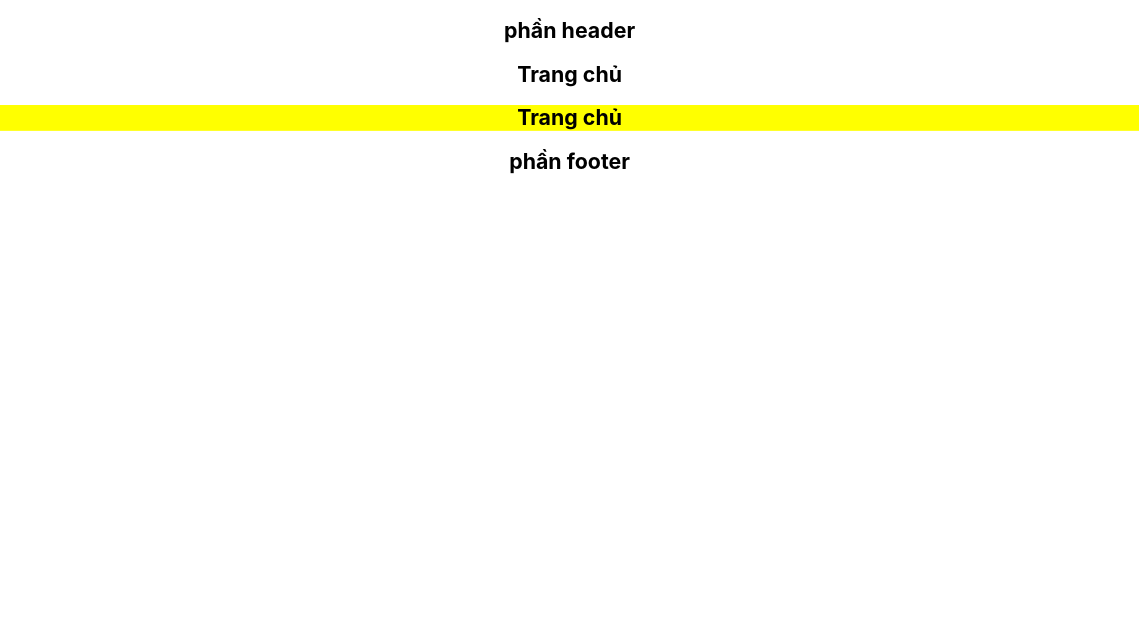
Repository: tatvanhco/shopper
Page: /
The author's editor kept a copy of each file at every save. The page is drawn from the files as they stood at one save, then again after a run of saves.
The browser window is 1280 px wide. The pictures show the whole page, at 89% of full size.
The project was rebuilt for these pictures with package versions that can differ from the ones it lists, and the page was loaded fresh each time.

Above is the page before, as saved 2022-09-23 17:08:56.

After the next 2 saves:
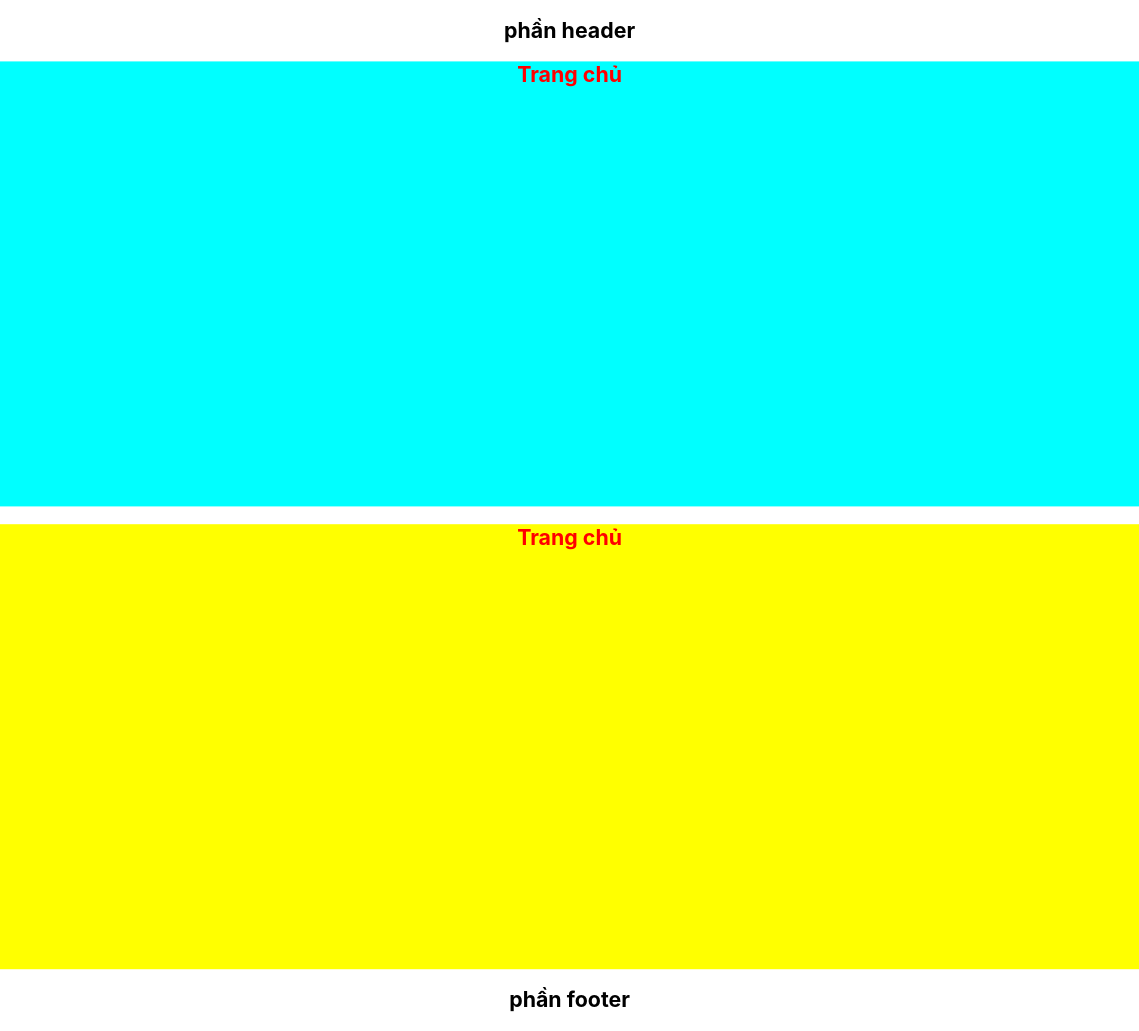
The 2 saves are shown as one change because they came seconds apart.
The last was saved 60 s later.
--- a/src/pages/home/home.tsx
+++ b/src/pages/home/home.tsx
@@ -4,8 +4,8 @@ import styles from './home.module.scss';
 function Home() {
     return (
         <>
-            <h2 className={clsx(styles.header)}>Trang chủ</h2>
-            <h2 className={clsx(styles.header, styles.active)}>Trang chủ</h2>
+            <h2 className={clsx(styles.heading)}>Trang chủ</h2>
+            <h2 className={clsx(styles.heading, styles.active)}>Trang chủ</h2>
         </>
     );
 }
